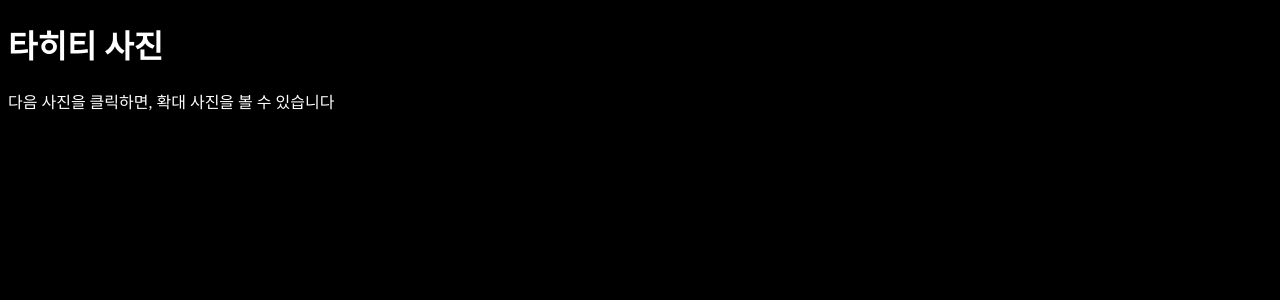
Repository: Jv2020/bitcamp
Page: html/sample03/WebContent/index02.html
These files come from the project's save history. The page is drawn as it stood at one moment and after the next save; the edit follows.
The browser window is 1280 px wide. The pictures show the whole page.

Above is the page before, as saved 2020-01-03 01:19:03.

### html/sample03/WebContent/index02.html
<!DOCTYPE html>
<html>
<head>
<meta charset="UTF-8">
<title>Insert title here</title>
</head>
<body bgcolor="#000000" text="#ffffff">
<h1>타히티 사진</h1>
<p>다음 사진을 클릭하면, 확대 사진을 볼 수 있습니다</p><br><br>
</body>
</html>

After the next save:
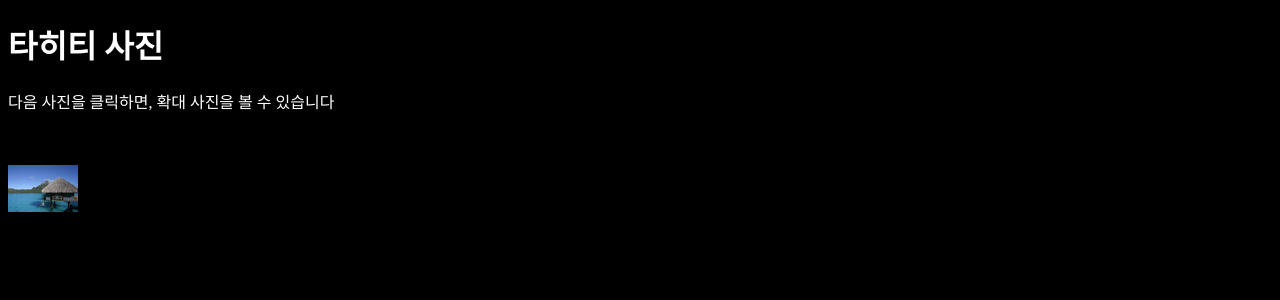
Saved 106 s later.
--- a/html/sample03/WebContent/index02.html
+++ b/html/sample03/WebContent/index02.html
@@ -7,5 +7,9 @@
 <body bgcolor="#000000" text="#ffffff">
 <h1>타히티 사진</h1>
 <p>다음 사진을 클릭하면, 확대 사진을 볼 수 있습니다</p><br><br>
+
+<a href="./images/tahiti01.jpg" target="photo">
+	<img alt="" src="./images/tahiti01s.jpg">
+</a>
 </body>
 </html>
